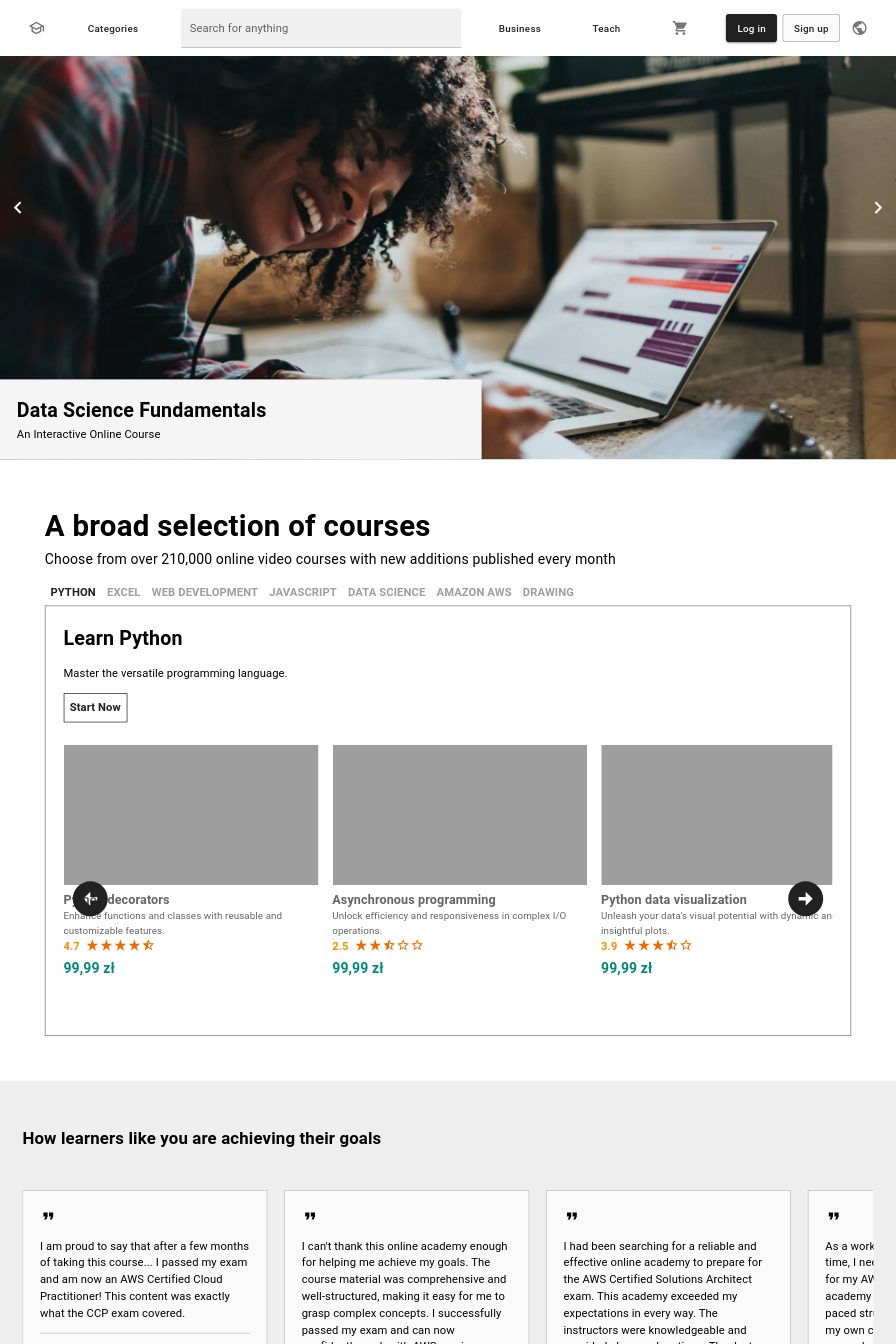
Repository: princ3-web/academy
Page: /
These files come from the project's save history. The page is drawn as it stood at one moment and after the next save; the edit follows.
The browser window is 1280 px wide. The pictures show the part of the page from y = 0 to 1920 px (the page is 5458 px tall), at 70% of full size.
Pictures or frames that could not be fetched are drawn as grey boxes. The project was rebuilt for these pictures with package versions that can differ from the ones it lists, and the page was loaded fresh each time. Also part of the build but not shown: vite.config.js, src/pages/Courses.jsx, src/pages/Business.jsx, src/pages/Teach.jsx.

Above is the page before, as saved 2023-07-12 16:34:40.

After the next save:
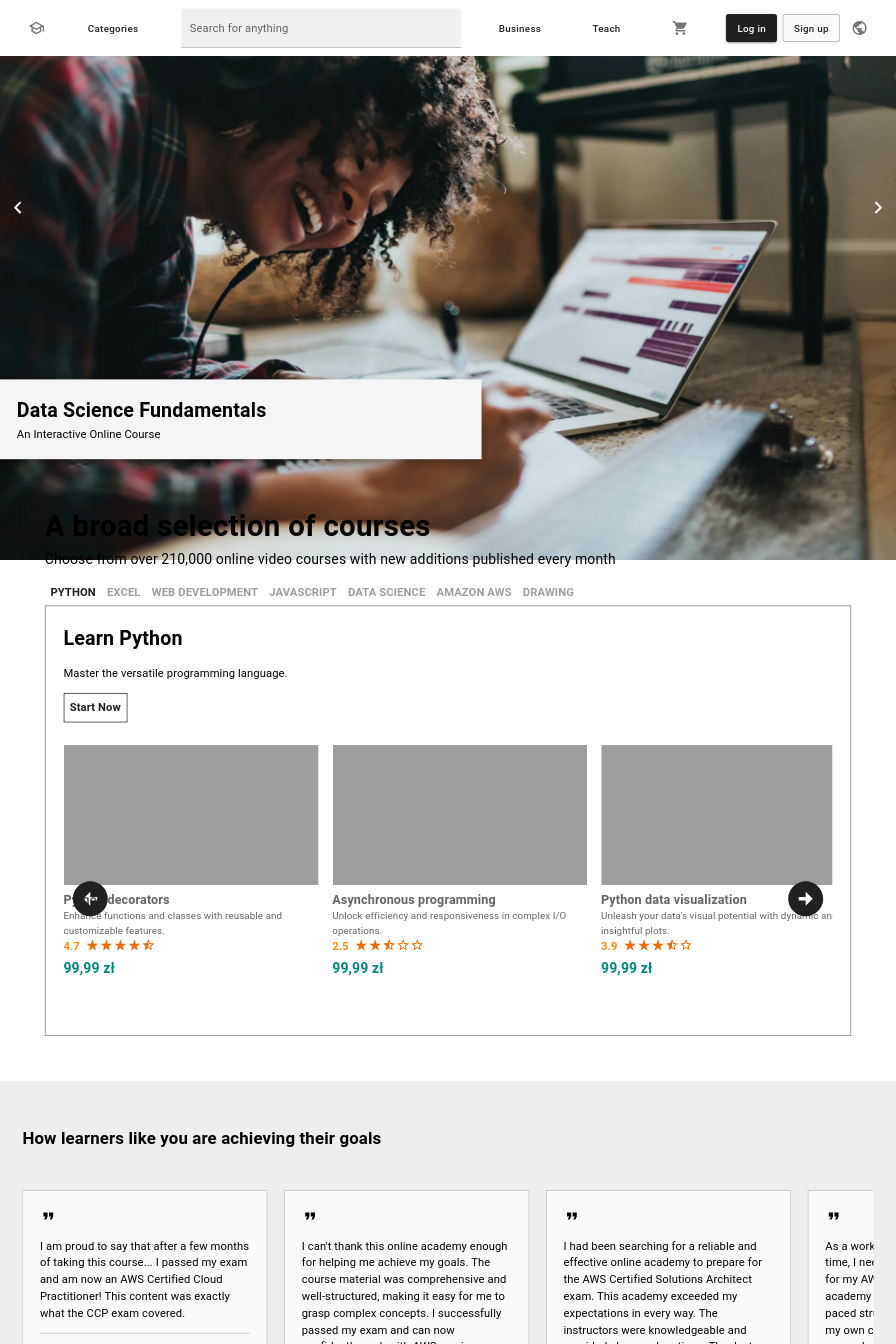
Saved 11 s later.
--- a/src/components/SingleCarousel.jsx
+++ b/src/components/SingleCarousel.jsx
@@ -45,7 +45,7 @@
     <Box
       className={singleCarouselStyles.slider}
       height={"80vh"}
-      sx={{ position: "relative", overflow: "hidden" }}
+      sx={{ position: "relative"}}
     >
       {images.map((item, n) => (
         <Box

After the save that followed:
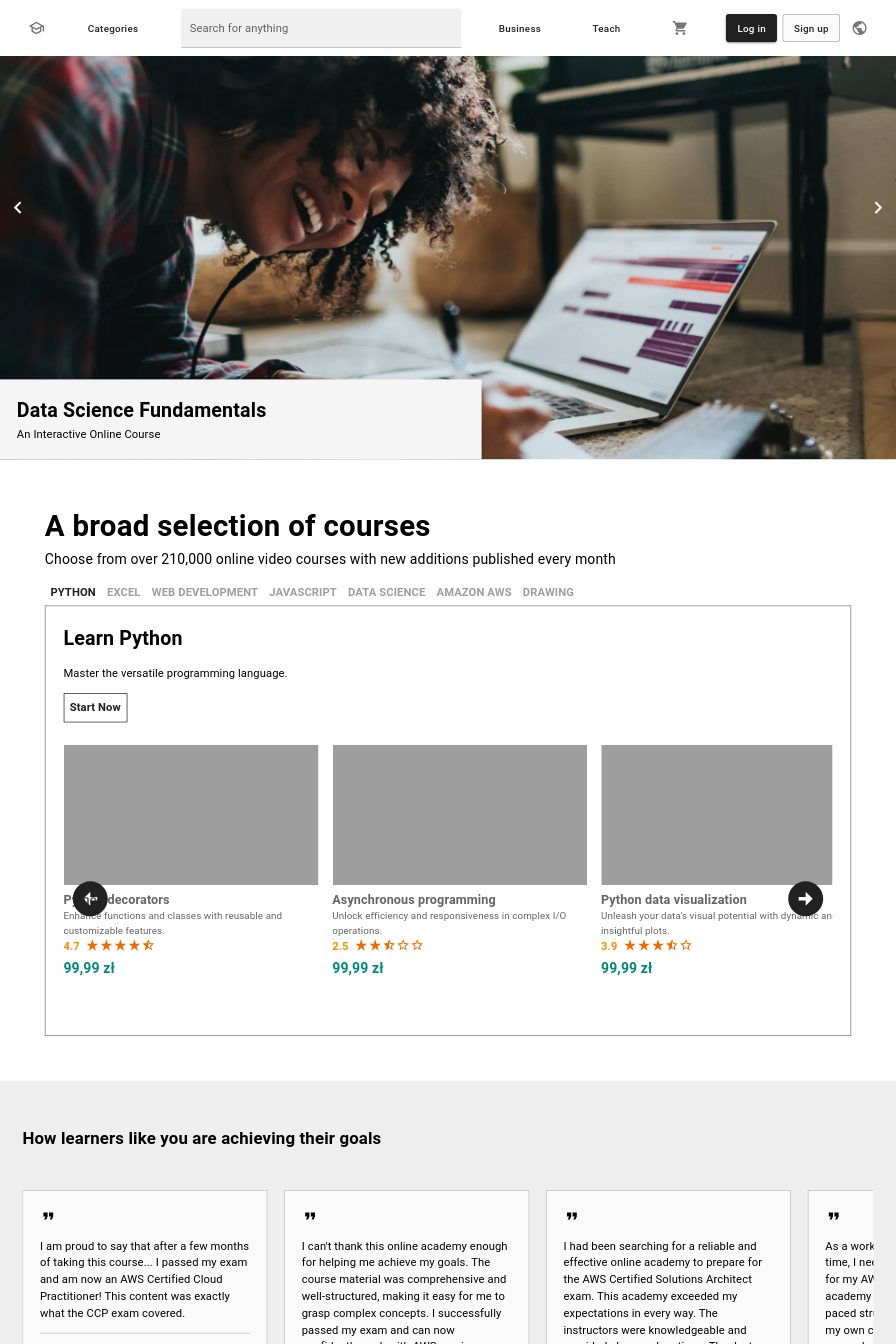
Saved 4 s later.
--- a/src/components/SingleCarousel.jsx
+++ b/src/components/SingleCarousel.jsx
@@ -45,7 +45,7 @@
     <Box
       className={singleCarouselStyles.slider}
       height={"80vh"}
-      sx={{ position: "relative"}}
+      sx={{ position: "relative", overflow: "hidden" }}
     >
       {images.map((item, n) => (
         <Box
